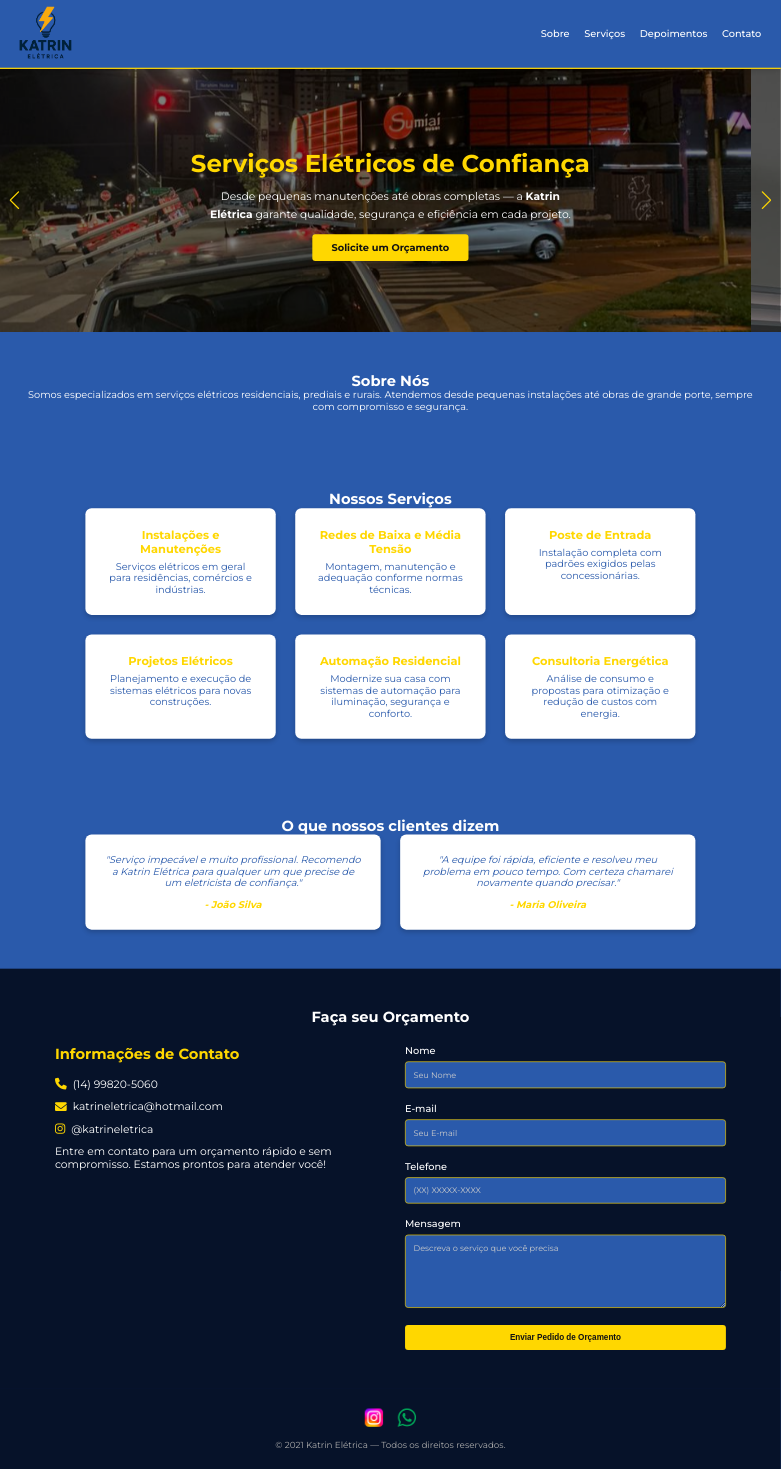
Repository: Jvcamargo1/katrin-site
Page: index.html
These files come from the project's save history. The page is drawn as it stood at one moment and after the next save; the edit follows.
The browser window is 1280 px wide. The pictures show the whole page, at 61% of full size.

Above is the page before, as saved 2025-11-06 23:48:37.

After the next save:
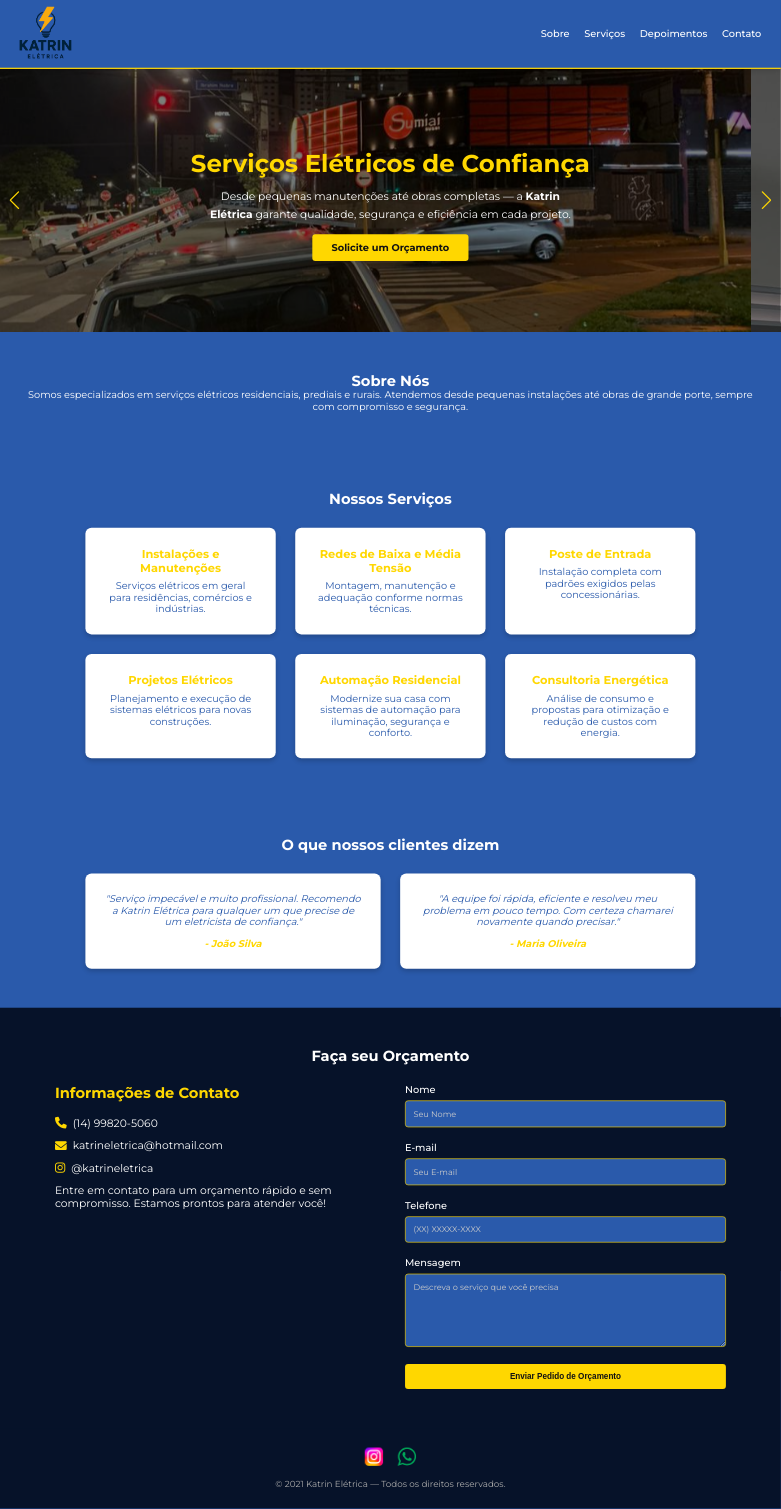
Saved 2 min 17 s later.
--- a/assets/css/style.css
+++ b/assets/css/style.css
@@ -169,6 +169,14 @@ section { padding: 4rem 2rem; text-align: center; }
   font-size: 30px !important;
 }
 
+#servicos h2 {
+  margin-bottom: 2rem; /* Adiciona espaço abaixo do título "Nossos Serviços" */
+}
+
+#depoimentos h2 {
+  margin-bottom: 2rem; /* Adiciona espaço abaixo do título "O que nossos clientes dizem" */
+}
+
 .servicos, .depoimentos {
   display: grid;
   grid-template-columns: repeat(auto-fit, minmax(250px, 1fr));
